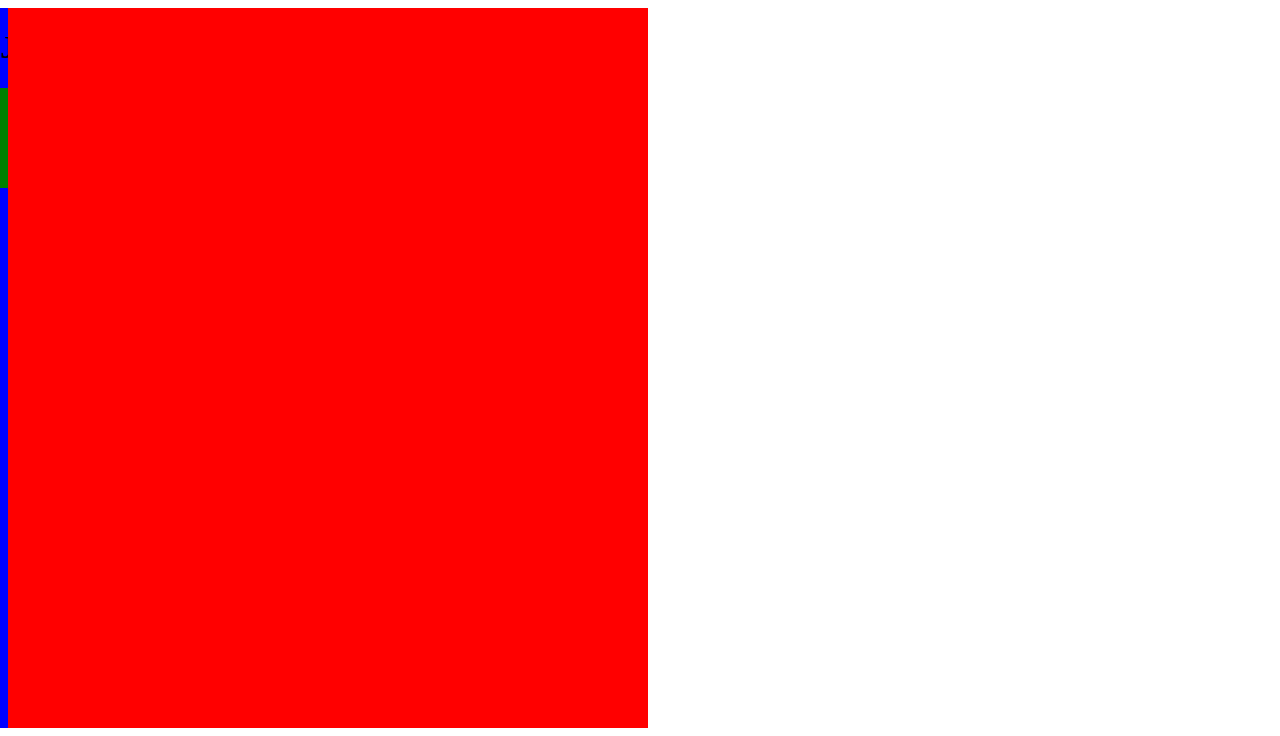
Repository: alcarrizo/Rocket-launch
Page: index.html
The author's editor kept a copy of each file at every save. The page is drawn from the files as they stood at one save, then again after the next save.
The browser window is 1280 px wide. The pictures show the whole page.

Above is the page before, as saved 2022-10-19 19:41:28.

After the next save:
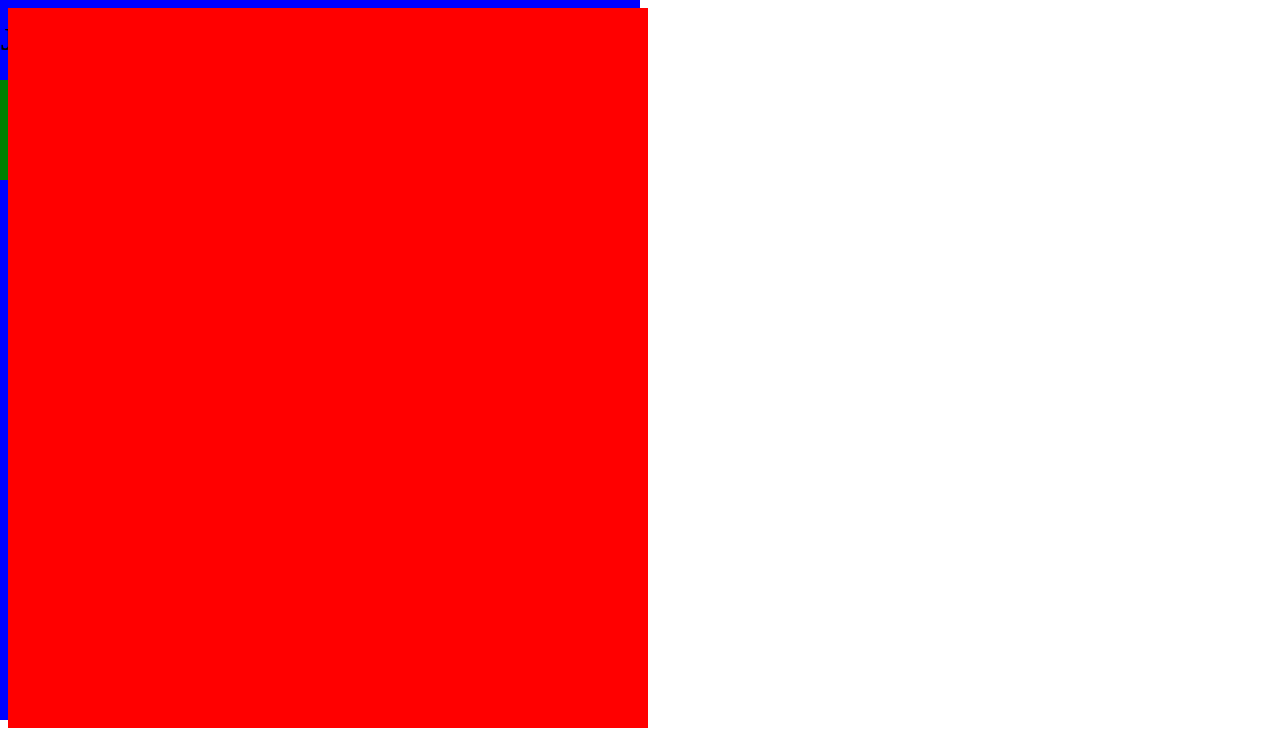
Saved 16 s later.
--- a/css/style.css
+++ b/css/style.css
@@ -9,7 +9,7 @@ body {
     box-sizing: border-box;
     width: 50%;
     height: 100%;
-    top: 9;
+    top: 0;
     left: 0;
     background-color: blue;
 }
